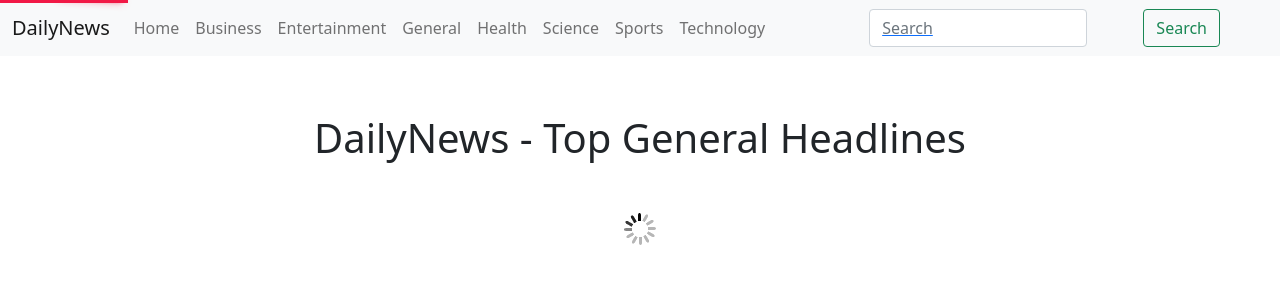
Repository: Bikki084/Daily_News
Page: /
The author's editor kept a copy of each file at every save. The page is drawn from the files as they stood at one save, then again after a run of saves.
The browser window is 1280 px wide. The pictures show the whole page.
The page's requests for data from a server got no answer. The project was rebuilt for these pictures with package versions that can differ from the ones it lists, and the page was loaded fresh each time. No one was signed in, and anything a server would have sent is missing. Also part of the build but not shown: src/App.css, src/components/NewsItem.js.

Above is the page before, as saved 2021-12-21 23:50:11.

### public/index.html
<!DOCTYPE html>
<html lang="en">
  <head>
    <meta charset="utf-8" />
    <link rel="icon" href="%PUBLIC_URL%/favicon.ico" />
    <meta name="viewport" content="width=device-width, initial-scale=1" />
    <meta name="theme-color" content="#000000" />
    <meta
      name="description"
      content="DailyNews is a news app which can be used to grab quick daily news bites. If you are interested in news, weather, politics and sports news, newsmonkey is for you!"
    />
    <link rel="apple-touch-icon" href="%PUBLIC_URL%/logo192.png" />
    <!--
      manifest.json provides metadata used when your web app is installed on a
      user's mobile device or desktop. See https://developers.google.com/web/fundamentals/web-app-manifest/
    -->
    <link rel="manifest" href="%PUBLIC_URL%/manifest.json" />
    <link href="https://cdn.jsdelivr.net/npm/bootstrap@5.1.0/dist/css/bootstrap.min.css" rel="stylesheet" integrity="sha384-KyZXEAg3QhqLMpG8r+8fhAXLRk2vvoC2f3B09zVXn8CA5QIVfZOJ3BCsw2P0p/We" crossorigin="anonymous">
    <!--
      Notice the use of %PUBLIC_URL% in the tags above.
      It will be replaced with the URL of the `public` folder during the build.
      Only files inside the `public` folder can be referenced from the HTML.

      Unlike "/favicon.ico" or "favicon.ico", "%PUBLIC_URL%/favicon.ico" will
      work correctly both with client-side routing and a non-root public URL.
      Learn how to configure a non-root public URL by running `npm run build`.
    -->
    <title>DailyNews - Get your daily dose of news for free!</title>
  </head>
  <body>
    <noscript>You need to enable JavaScript to run this app.</noscript>
    <div id="root"></div>
    <!--
      This HTML file is a template.
      If you open it directly in the browser, you will see an empty page.

      You can add webfonts, meta tags, or analytics to this file.
      The build step will place the bundled scripts into the <body> tag.

      To begin the development, run `npm start` or `yarn start`.
      To create a production bundle, use `npm run build` or `yarn build`.
    -->
    <script src="https://cdn.jsdelivr.net/npm/@popperjs/core@2.9.3/dist/umd/popper.min.js" integrity="sha384-eMNCOe7tC1doHpGoWe/6oMVemdAVTMs2xqW4mwXrXsW0L84Iytr2wi5v2QjrP/xp" crossorigin="anonymous"></script>
    <script src="https://cdn.jsdelivr.net/npm/bootstrap@5.1.0/dist/js/bootstrap.min.js" integrity="sha384-cn7l7gDp0eyniUwwAZgrzD06kc/tftFf19TOAs2zVinnD/C7E91j9yyk5//jjpt/" crossorigin="anonymous"></script>
  </body>
</html>

### src/App.js
import './App.css';
import Search from './components/Search';
import React, { useState } from 'react'
import NavBar from './components/NavBar';
import News from './components/News';
import {BrowserRouter as Router, Switch, Route} from "react-router-dom";
import LoadingBar from 'react-top-loading-bar'

const App = ()=> {
  const pageSize = 5;
  const apiKey = process.env.REACT_APP_NEWS_API
  // const apiKey = "fe00171e9be447c891c180edc15dc131"
  const [progress, setProgress] = useState(0)

    return (
      <div>
        <Router>
        <NavBar/>
        <Search/>
        <LoadingBar
        height={3}
        color='#f11946'
        progress={progress}
      />
        <Switch>
          <Route exact path="/"><News setProgress={setProgress} apiKey={apiKey} key="general" pageSize={pageSize} country="in" category="general"/></Route>
          <Route exact path="/business"><News setProgress={setProgress} apiKey={apiKey} key="business" pageSize={pageSize} country="in" category="business"/></Route>
          <Route exact path="/entertainment"><News setProgress={setProgress} apiKey={apiKey} key="entertainment" pageSize={pageSize} country="in" category="entertainment"/></Route>
          <Route exact path="/general"><News setProgress={setProgress} apiKey={apiKey} key="general" pageSize={pageSize} country="in" category="general"/></Route>
          <Route exact path="/health"><News setProgress={setProgress} apiKey={apiKey} key="health" pageSize={pageSize} country="in" category="health"/></Route>
          <Route exact path="/science"><News setProgress={setProgress} apiKey={apiKey} key="science" pageSize={pageSize} country="in" category="science"/></Route>
          <Route exact path="/sports"><News setProgress={setProgress} apiKey={apiKey} key="sports" pageSize={pageSize} country="in" category="sports"/></Route>
          <Route exact path="/technology"><News setProgress={setProgress} apiKey={apiKey} key="technology" pageSize={pageSize} country="in" category="technology"/></Route>

        </Switch>
        </Router>
      </div>
    )

}

export default App;

### src/components/Search.js
import React from 'react'

const Search = () => {
    return (
    <div>Hello world!</div>
    )
}

export default Search;

### src/components/NavBar.js
import React from 'react'
import { Link } from "react-router-dom";

const NavBar = () => {

    return (
        <div>
            <nav className="navbar fixed-top navbar-expand-lg navbar-light bg-light">
                <div className="container-fluid">
                    <Link className="navbar-brand" to="/">DailyNews</Link>
                    <button className="navbar-toggler" type="button" data-bs-toggle="collapse" data-bs-target="#navbarSupportedContent" aria-controls="navbarSupportedContent" aria-expanded="false" aria-label="Toggle navigation">
                        <span className="navbar-toggler-icon"></span>
                    </button>
                    <div className="collapse navbar-collapse" id="navbarSupportedContent">
                        <ul className="navbar-nav me-auto mb-2 mb-lg-0">
                            <li className="nav-item">
                                <Link className="nav-link" aria-current="page" to="/">Home</Link>
                            </li>
                            <li className="nav-item"><Link className="nav-link" to="/business">Business</Link></li>
                            <li className="nav-item"><Link className="nav-link" to="/entertainment">Entertainment</Link></li>
                            <li className="nav-item"><Link className="nav-link" to="/general">General</Link></li>
                            <li className="nav-item"><Link className="nav-link" to="/health">Health</Link></li>
                            <li className="nav-item"><Link className="nav-link" to="/science">Science</Link></li>
                            <li className="nav-item"><Link className="nav-link" to="/sports">Sports</Link></li>
                            <li className="nav-item"><Link className="nav-link" to="/technology">Technology</Link></li>
                        </ul>
                        <form className="d-flex mx-5" method="get"> <Link className="d-flex mx-5" to="/Search">
                            <input class="form-control me-2" type="search" placeholder="Search" aria-label="Search" /></Link>
                            <button class="btn btn-outline-success" type="submit">Search </button>
                        </form>
                    </div>
                </div>
            </nav>
        </div>
    )

}

export default NavBar

### src/components/News.js
import React, {useEffect, useState} from 'react'

import NewsItem from './NewsItem'
import Spinner from './Spinner';
import PropTypes from 'prop-types'
import InfiniteScroll from "react-infinite-scroll-component";

const News = (props)=>{
    const [articles, setArticles] = useState([])
    const [loading, setLoading] = useState(true)
    const [page, setPage] = useState(1)
    const [totalResults, setTotalResults] = useState(0)

    const capitalizeFirstLetter = (string) => {
        return string.charAt(0).toUpperCase() + string.slice(1);
    }

    const updateNews = async ()=> {
        props.setProgress(10);
        const url = `https://newsapi.org/v2/top-headlines?country=${props.country}&category=${props.category}&apiKey=${props.apiKey}&page=${page}&pageSize=${props.pageSize}`;
        setLoading(true)
        let data = await fetch(url);
        props.setProgress(30);
        let parsedData = await data.json()
        props.setProgress(70);
        setArticles(parsedData.articles)
        setTotalResults(parsedData.totalResults)
        setLoading(false)
        props.setProgress(100);
    }

    useEffect(() => {
        document.title = `${capitalizeFirstLetter(props.category)} - DailyNews`;
        updateNews();
        // eslint-disable-next-line
    }, [])


    const fetchMoreData = async () => {
        const url = `https://newsapi.org/v2/top-headlines?country=${props.country}&category=${props.category}&apiKey=${props.apiKey}&page=${page+1}&pageSize=${props.pageSize}`;
        setPage(page+1)
        let data = await fetch(url);
        let parsedData = await data.json()
        setArticles(articles.concat(parsedData.articles))
        setTotalResults(parsedData.totalResults)
      };

        return (
            <>
                <h1 className="text-center" style={{ margin: '35px 0px', marginTop: '90px' }}>DailyNews - Top {capitalizeFirstLetter(props.category)} Headlines</h1>
                {loading && <Spinner />}
                <InfiniteScroll
                    dataLength={articles.length}
                    next={fetchMoreData}
                    hasMore={articles.length !== totalResults}
                    loader={<Spinner/>}>
                    <div className="container">

                    <div className="row">
                        {articles.map((element) => {
                            return <div className="col-md-4" key={element.url}>
                                <NewsItem title={element.title ? element.title : ""} description={element.description ? element.description : ""} imageUrl={element.urlToImage} newsUrl={element.url} author={element.author} date={element.publishedAt} source={element.source.name} />
                            </div>
                        })}
                    </div>
                    </div>
                </InfiniteScroll>
            </>
        )

}


News.defaultProps = {
    country: 'in',
    pageSize: 8,
    category: 'general',
}

News.propTypes = {
    country: PropTypes.string,
    pageSize: PropTypes.number,
    category: PropTypes.string,
}

export default News

Loaded but not shown: src/index.js (common file); src/reportWebVitals.js (common file); src/components/Spinner.js (common file); src/index.css (no stored copy; drawn as an empty file)

After the next 3 saves:
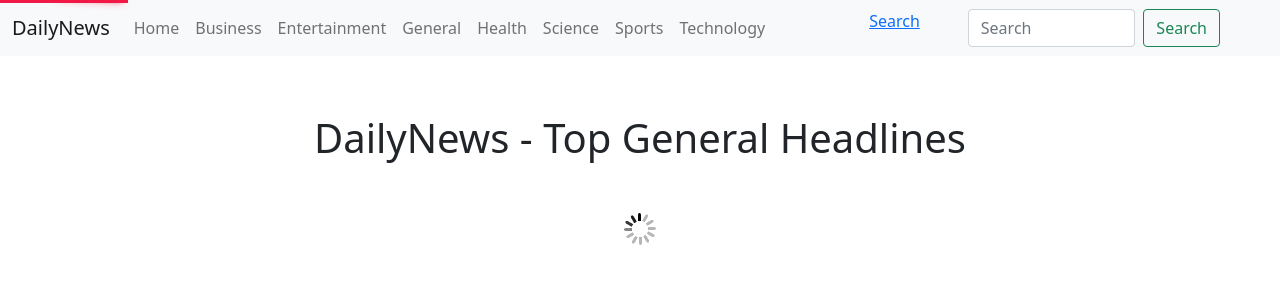
The 3 saves are shown as one change because 1 did not build or start and some came seconds apart.
The last was saved 31 s later.
--- a/src/components/NavBar.js
+++ b/src/components/NavBar.js
@@ -24,8 +24,8 @@ const NavBar = () => {
                             <li className="nav-item"><Link className="nav-link" to="/sports">Sports</Link></li>
                             <li className="nav-item"><Link className="nav-link" to="/technology">Technology</Link></li>
                         </ul>
-                        <form className="d-flex mx-5" method="get"> <Link className="d-flex mx-5" to="/Search">
-                            <input class="form-control me-2" type="search" placeholder="Search" aria-label="Search" /></Link>
+                        <form className="d-flex mx-5" method="get"> <Link className="d-flex mx-5" to="/Search">Search</Link>
+                            <input class="form-control me-2" type="search" placeholder="Search" aria-label="Search" />
                             <button class="btn btn-outline-success" type="submit">Search </button>
                         </form>
                     </div>
